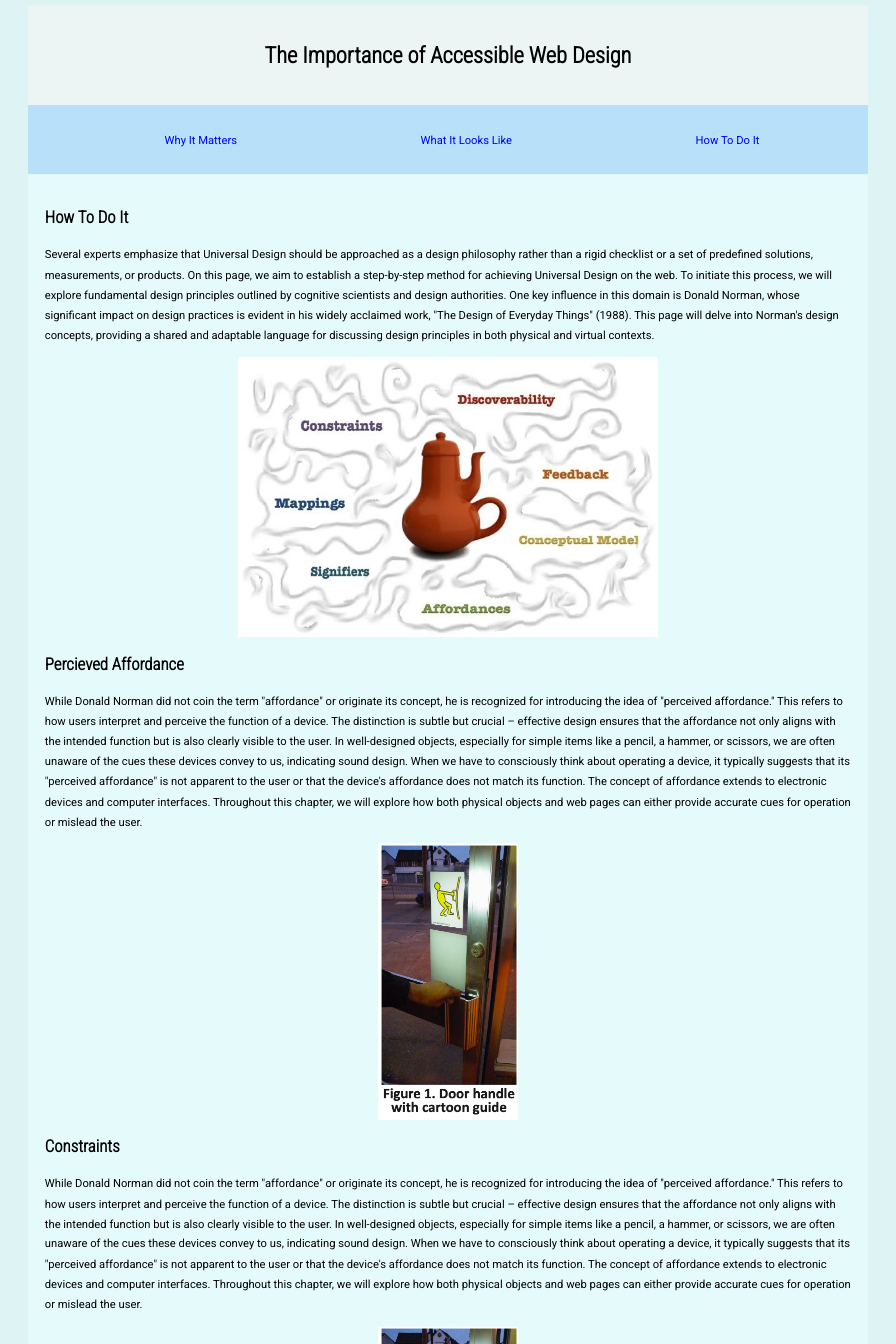
Repository: ethan-schrauf/UniversalDesignWebsite
Page: Final-Project/how.html
These files come from the project's save history. The page is drawn as it stood at one moment and after the next save; the edit follows.
The browser window is 1280 px wide. The pictures show the part of the page from y = 0 to 1920 px (the page is 3757 px tall before and 3776 px after), at 70% of full size.

Above is the page before, as saved 2023-11-25 00:49:37.

### Final-Project/how.html

<!DOCTYPE html>

<html lang="en">
<head>
  <meta charset="UTF-8">
  <meta name="viewport" content="width=device-width, initial-scale=1.0">
  <meta http-equiv="X-UA-Compatible" content="ie=edge">
  <title>Why Accessibility Matters</title>
  <link href="how.css" rel="stylesheet">
</head>
<body>
<div class="container">
  <header>
    <h1>The Importance of Accessible Web Design</h1>
  </header>
  <nav>
    <h2 class="sr-only">Main Navigation</h2>
    <ul>
      <li><a href="why.html">Why It Matters</a></li>
      <li><a href="what.html">What It Looks Like</a></li>
      <li><a href="how.html">How To Do It</a></li>
    </ul>
  </nav>
  <main>
    <section>
      <h2 id="How To Do It">How To Do It</h2>
      <p>Several experts emphasize that Universal Design should be approached as a design philosophy rather than a rigid checklist or a set of predefined solutions, measurements, or products. On this page, we aim to establish a step-by-step method for achieving Universal Design on the web. To initiate this process, we will explore fundamental design principles outlined by cognitive scientists and design authorities. One key influence in this domain is Donald Norman, whose significant impact on design practices is evident in his widely acclaimed work, "The Design of Everyday Things" (1988). This page will delve into Norman's design concepts, providing a shared and adaptable language for discussing design principles in both physical and virtual contexts.</p>
      <img src="images/norman.jpg.webp" alt="Norman's Seven Concepts of Design: Constraints, discoverability, feedback, conceptual model, affordances, signifiers, mappings, constraints."  style="width: 600px; height: auto;">
      <h2>Percieved Affordance</h2>
      <p>While Donald Norman did not coin the term "affordance" or originate its concept, he is recognized for introducing the idea of "perceived affordance." This refers to how users interpret and perceive the function of a device. The distinction is subtle but crucial – effective design ensures that the affordance not only aligns with the intended function but is also clearly visible to the user. In well-designed objects, especially for simple items like a pencil, a hammer, or scissors, we are often unaware of the cues these devices convey to us, indicating sound design. When we have to consciously think about operating a device, it typically suggests that its "perceived affordance" is not apparent to the user or that the device's affordance does not match its function. The concept of affordance extends to electronic devices and computer interfaces. Throughout this chapter, we will explore how both physical objects and web pages can either provide accurate cues for operation or mislead the user.</p>
      <img src="images/door-handle-with-cartoon-guide.png" alt="The door handle shown at left (fig. 1) affords pulling. The drawing above the handle provides a secondary cue to pull."  style="width: 200px; height: auto;">

      <h2>Constraints</h2>
      <p>While Donald Norman did not coin the term "affordance" or originate its concept, he is recognized for introducing the idea of "perceived affordance." This refers to how users interpret and perceive the function of a device. The distinction is subtle but crucial – effective design ensures that the affordance not only aligns with the intended function but is also clearly visible to the user. In well-designed objects, especially for simple items like a pencil, a hammer, or scissors, we are often unaware of the cues these devices convey to us, indicating sound design. When we have to consciously think about operating a device, it typically suggests that its "perceived affordance" is not apparent to the user or that the device's affordance does not match its function. The concept of affordance extends to electronic devices and computer interfaces. Throughout this chapter, we will explore how both physical objects and web pages can either provide accurate cues for operation or mislead the user.</p>
      <img src="images/door-handle-with-cartoon-guide.png" alt="The door handle shown at left (fig. 1) affords pulling. The drawing above the handle provides a secondary cue to pull."  style="width: 200px; height: auto;">

      <h2>Visibility and Feedback</h2>
      <p>While Donald Norman did not coin the term "affordance" or originate its concept, he is recognized for introducing the idea of "perceived affordance." This refers to how users interpret and perceive the function of a device. The distinction is subtle but crucial – effective design ensures that the affordance not only aligns with the intended function but is also clearly visible to the user. In well-designed objects, especially for simple items like a pencil, a hammer, or scissors, we are often unaware of the cues these devices convey to us, indicating sound design. When we have to consciously think about operating a device, it typically suggests that its "perceived affordance" is not apparent to the user or that the device's affordance does not match its function. The concept of affordance extends to electronic devices and computer interfaces. Throughout this chapter, we will explore how both physical objects and web pages can either provide accurate cues for operation or mislead the user.</p>
      <img src="images/door-handle-with-cartoon-guide.png" alt="The door handle shown at left (fig. 1) affords pulling. The drawing above the handle provides a secondary cue to pull."  style="width: 200px; height: auto;">

      <h2>Mapping</h2>
      <p>While Donald Norman did not coin the term "affordance" or originate its concept, he is recognized for introducing the idea of "perceived affordance." This refers to how users interpret and perceive the function of a device. The distinction is subtle but crucial – effective design ensures that the affordance not only aligns with the intended function but is also clearly visible to the user. In well-designed objects, especially for simple items like a pencil, a hammer, or scissors, we are often unaware of the cues these devices convey to us, indicating sound design. When we have to consciously think about operating a device, it typically suggests that its "perceived affordance" is not apparent to the user or that the device's affordance does not match its function. The concept of affordance extends to electronic devices and computer interfaces. Throughout this chapter, we will explore how both physical objects and web pages can either provide accurate cues for operation or mislead the user.</p>
      <img src="images/door-handle-with-cartoon-guide.png" alt="The door handle shown at left (fig. 1) affords pulling. The drawing above the handle provides a secondary cue to pull."  style="width: 200px; height: auto;">
    </section>
  </main>
  <footer>
    <small> Designed by Ethan Schrauf</small>
  </footer>

</div> <!-- end container -->
</body>
</html>

### Final-Project/how.css
@import url('https://fonts.googleapis.com/css2?family=Roboto&display=swap');
@import url('https://fonts.googleapis.com/css2?family=Roboto&family=Roboto+Condensed:wght@300&display=swap');

body {
    background: rgb(222, 243, 244);
}

/* css reset */
::before,
::after {
    box-sizing: border-box;
    padding: 0;
    margin: 0;
}

h1,
h2,
h3 {
    padding: .2em 0;
}

p {
    margin: 1.0em 0;
    line-height: 1.8em;
}

header,
nav,
main,
aside,
footer {
    padding: 1.5em;
}

header,
footer {
    text-align: center;
}

.container {
    max-width: 1200px;
    margin: 0 auto;
    /* background: rgb(243, 251, 209); */
    display: grid;
    width: 100vw;
    height: 100vh;
    grid-template-columns:
     1fr       1fr;
    grid-template-areas:
    "heady     heady"
    "navvy     navvy"
    "mainy    mainy"
    "mainy    mainy"
    "footy     footy";

  }

  header {grid-area: heady; background:rgb(237, 245, 244);}
nav {grid-area: navvy; background:rgb(184, 224, 248);}
main {grid-area: mainy; background: rgb(229, 250, 250); max-height: 100%;}
#Park-Rules {grid-area: Park-Rules; background: rgb(214, 236, 245);}
#Colorado-Wildlife {grid-area: Colorado-Wildlife; background: rgb(215, 241, 247);}
footer {grid-area: footy; background: rgb(205, 238, 255);}

nav ul {
    display: flex;
    flex-flow: row nowrap;
    justify-content: space-around;
    }

    nav ul li {
      list-style: none
    }

    @media screen
      and (min-width: 701px)
      and (max-width: 1000px)  {
    .container {
    grid-template-columns:
       1fr 1fr;
    grid-template-areas:
      "heady heady"
      "navvy navvy"
      "mainy mainy"
      "footy footy";
    }
    }

    @media screen
      and (max-width: 700px)  {
    .container {
    grid-template-columns:
       1fr;
    grid-template-areas:
      "heady"
      "navvy"
      "mainy"
      "footy";
    }
    nav ul {
      flex-flow: column nowrap;
      text-align: center;
    }
    nav ul li a {
      display: block;
      padding: 10px 5px;
      margin: 5px;
      background: white;

    }
    }

    p {
        font-family: 'Roboto', sans-serif;
    }

    h2,
    h1 {
        font-family: 'Roboto Condensed', sans-serif;
    }

    #park-image {
        width: 300px; /* Set the desired width in pixels */
        height: auto; /* Maintain the aspect ratio */
      }

      .sr-only {
        border: 0;
        clip: rect(0, 0, 0, 0);
        height: 1px;
        margin: -1px;
        overflow: hidden;
        padding: 0;
        position: absolute;
        white-space: nowrap;
        width: 1px;
      }

       a {
      text-decoration: none;
      font-family: 'Roboto', sans-serif;
    }
    img {
        display: block;
        margin: auto;
    }

After the next save:
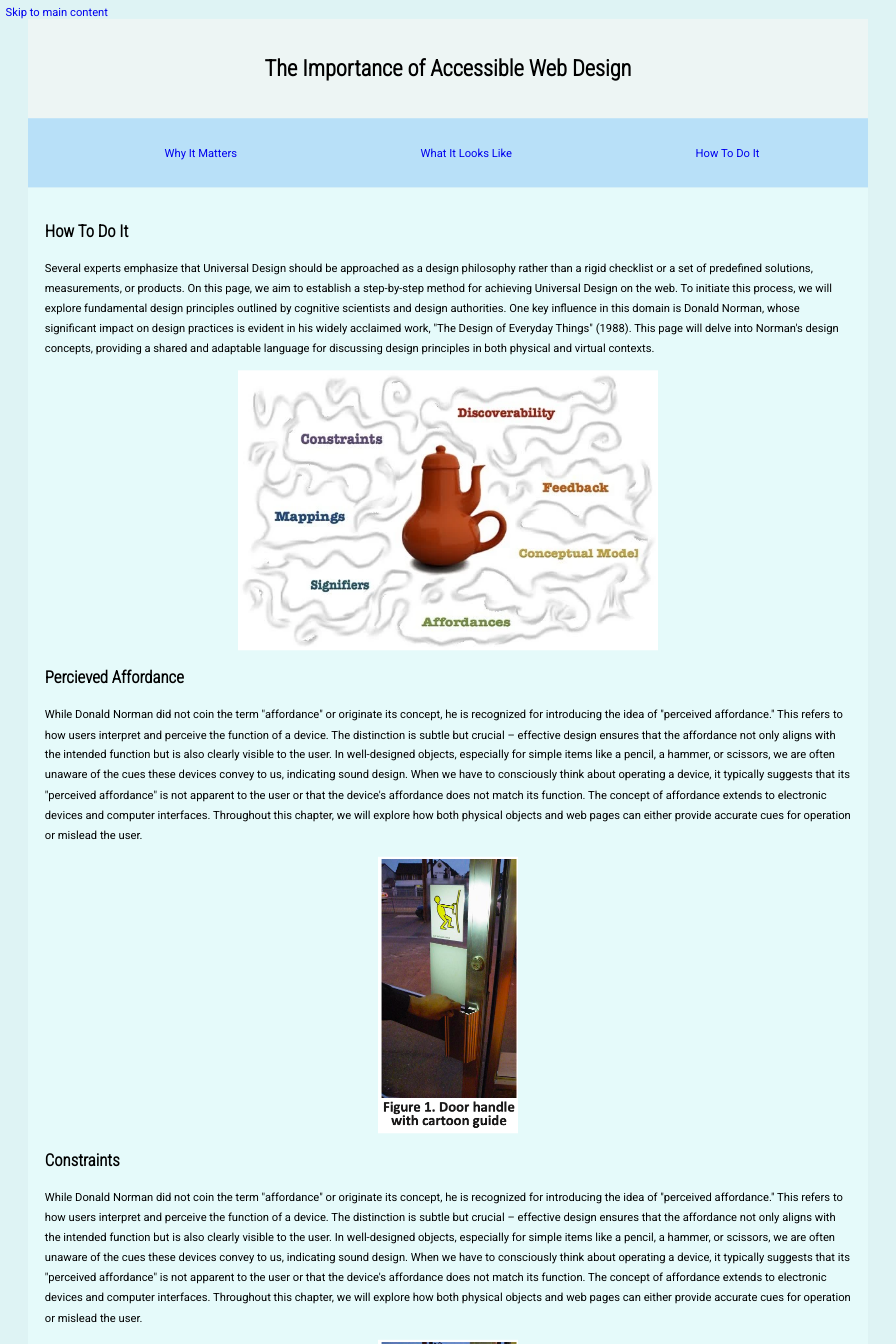
Saved 53 s later.
--- a/Final-Project/how.html
+++ b/Final-Project/how.html
@@ -10,6 +10,7 @@
   <link href="how.css" rel="stylesheet">
 </head>
 <body>
+    <a href="#main-content" class="skip-link">Skip to main content</a>
 <div class="container">
   <header>
     <h1>The Importance of Accessible Web Design</h1>

After the save that followed:
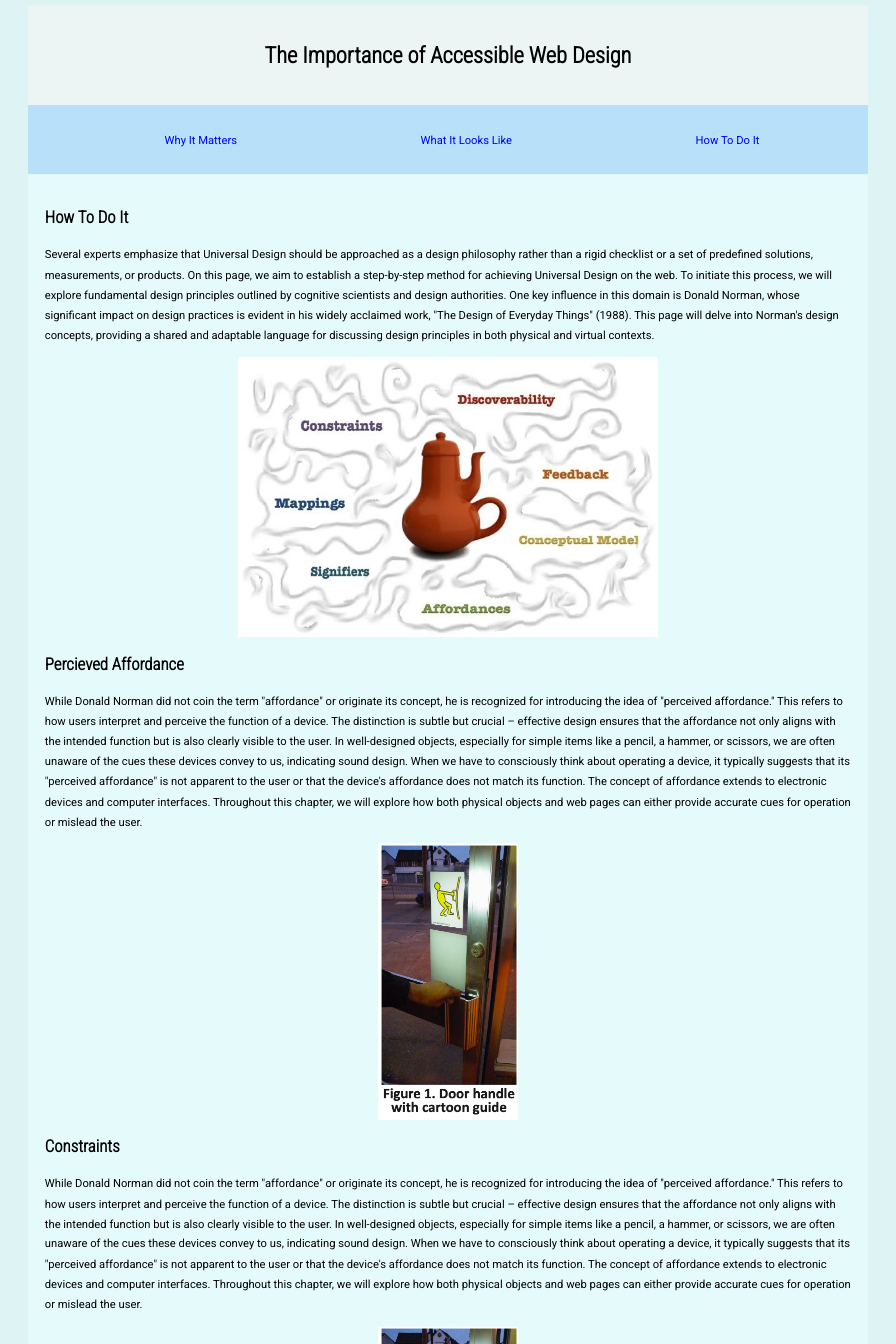
Saved 64 s later.
--- a/Final-Project/how.html
+++ b/Final-Project/how.html
@@ -23,7 +23,7 @@
       <li><a href="how.html">How To Do It</a></li>
     </ul>
   </nav>
-  <main>
+  <main id="main-content" class="mainy">
     <section>
       <h2 id="How To Do It">How To Do It</h2>
       <p>Several experts emphasize that Universal Design should be approached as a design philosophy rather than a rigid checklist or a set of predefined solutions, measurements, or products. On this page, we aim to establish a step-by-step method for achieving Universal Design on the web. To initiate this process, we will explore fundamental design principles outlined by cognitive scientists and design authorities. One key influence in this domain is Donald Norman, whose significant impact on design practices is evident in his widely acclaimed work, "The Design of Everyday Things" (1988). This page will delve into Norman's design concepts, providing a shared and adaptable language for discussing design principles in both physical and virtual contexts.</p>
--- a/Final-Project/how.css
+++ b/Final-Project/how.css
@@ -144,3 +144,22 @@ nav ul {
         display: block;
         margin: auto;
     }
+
+    .skip-link {
+        background: lavender;
+        color: black;
+        font-weight: 700;
+        padding: 4px;
+        position: absolute;
+        transform: translate(-200%);
+        text-decoration: none; /* Remove underline */
+        z-index: 9999; /* Ensure it's on top */
+      }
+
+      .skip-link:focus {
+        transform: translate(0%);
+      }
+
+      .skip-link {
+        transition: transform 0.5s;
+      }
